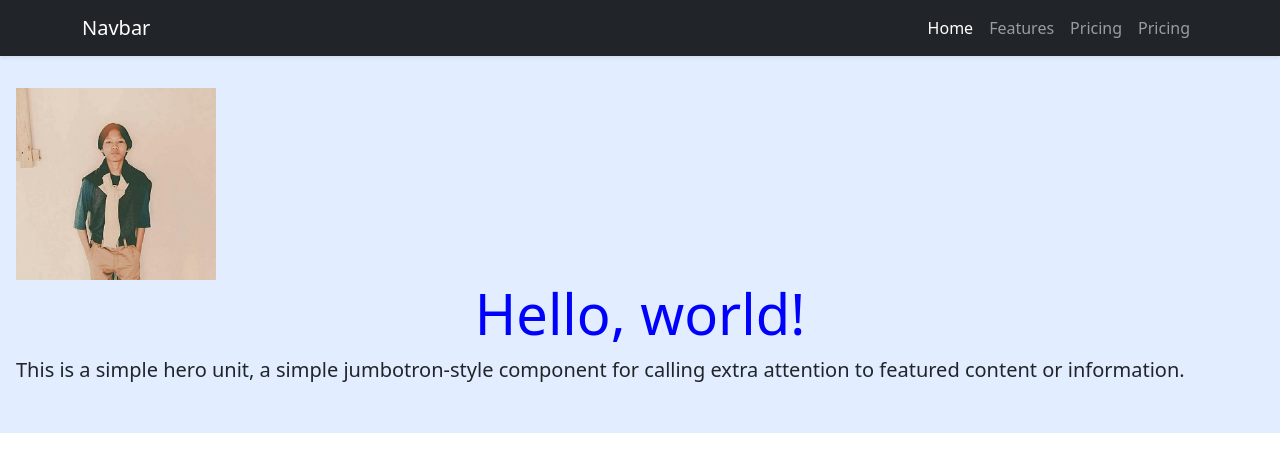
Repository: Novemberdad/gemilangtech.github.io
Page: index.html
These files come from the project's save history. The page is drawn as it stood at one moment and after the next save; the edit follows.
The browser window is 1280 px wide. The pictures show the whole page.

Above is the page before, as saved 2021-07-20 23:32:13.

After the next save:
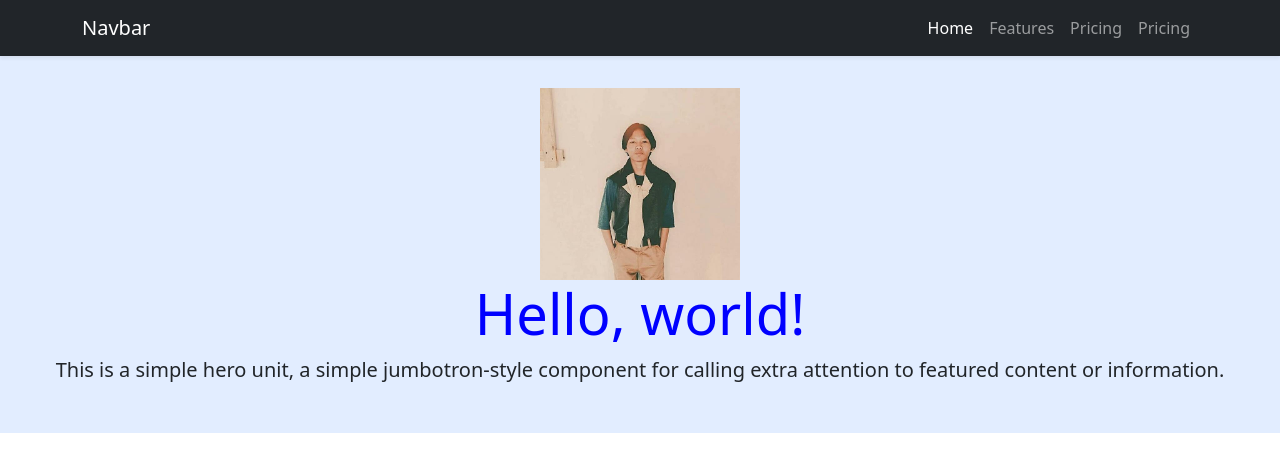
Saved 2 min 3 s later.
--- a/index.html
+++ b/index.html
@@ -49,7 +49,7 @@
     <!--AKHIR NAVBAR-->
 
     <!--jumbortron-->
-    <section class="jumbotron">
+    <section class="jumbotron text-center">
         <img src="image/logo.jpg" alt="logo" width="200" />
         <h1 class="display-4">Hello, world!</h1>
         <p class="lead">This is a simple hero unit, a simple jumbotron-style component for calling extra attention to featured content or information.</p>
